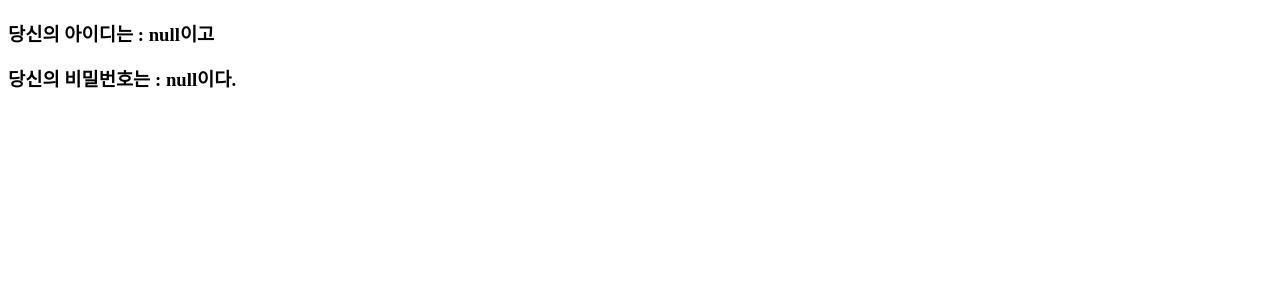
Repository: tldnwkd/jspclass2026
Page: http://localhost/chapter01/Request/RequestLoginProc.jsp
These files come from the project's save history. The page is drawn as it stood at one moment and after the next save; the edit follows.
The browser window is 1280 px wide. The pictures show the whole page.
The page is served by Tomcat 9.

Above is the page before, as saved 2026-10-19 06:10:20.

After the next save:
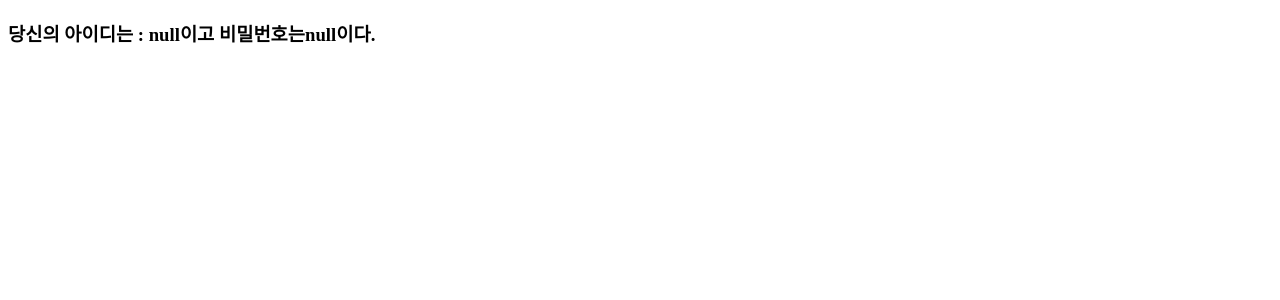
Saved 46 s later.
--- a/chapter01/src/main/webapp/Request/RequestLoginProc.jsp
+++ b/chapter01/src/main/webapp/Request/RequestLoginProc.jsp
@@ -24,7 +24,6 @@
 		String pass = request.getParameter("pass");
 	%>
 
-	<h3>당신의 아이디는 : <%=id %>이고</h3>
-	<h3>당신의 비밀번호는 : <%=pass %>이다.</h3>
+	<h3>당신의 아이디는 : <%=id %>이고 비밀번호는<%=pass %>이다.</h3>
 </body>
 </html>
